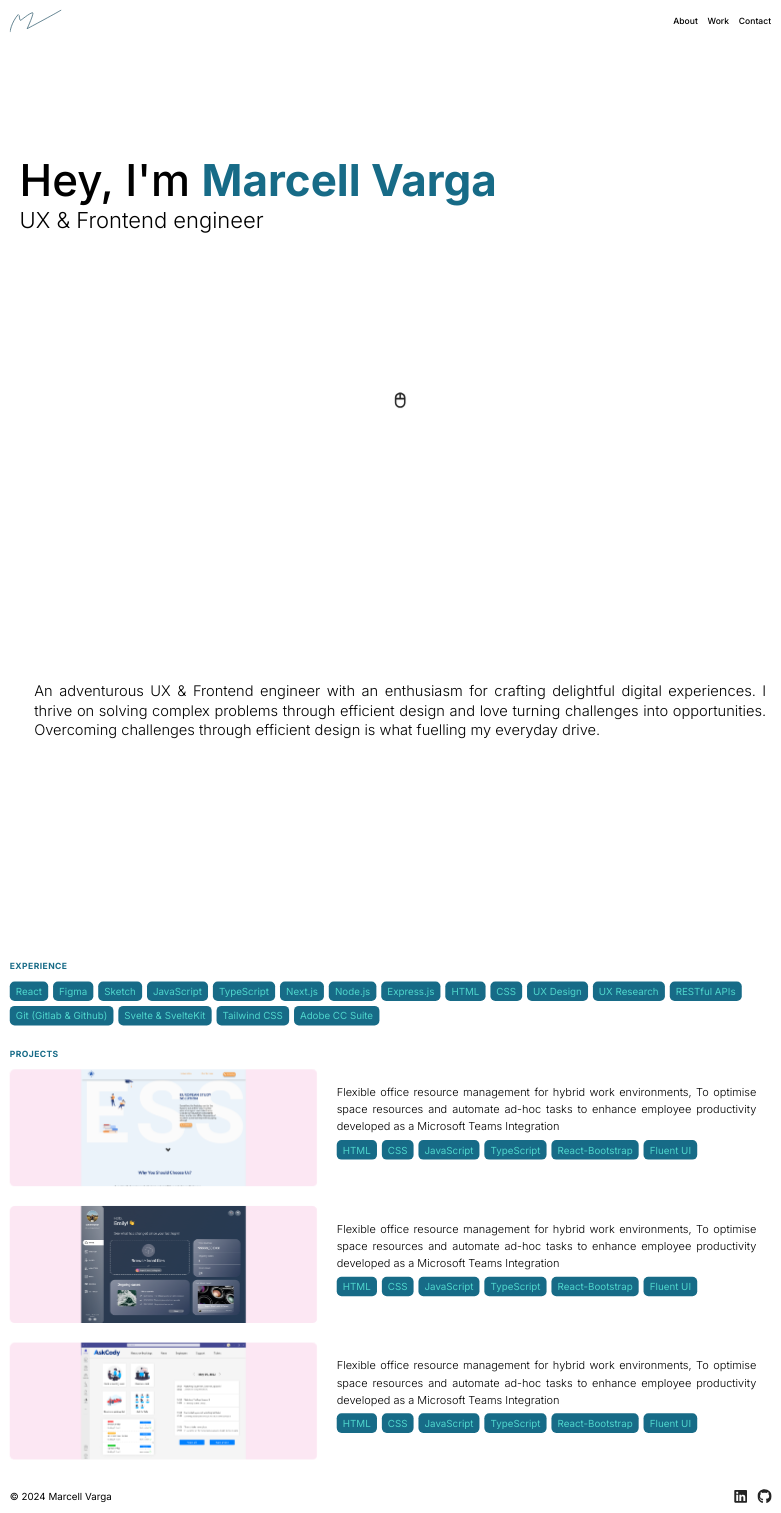
Repository: TheMarcellVarga/personal-portfolio-v.2
Page: /
These files come from the project's save history. The page is drawn as it stood at one moment and after the next save; the edit follows.
The browser window is 1280 px wide. The pictures show the whole page, at 61% of full size.
The project was rebuilt for these pictures with package versions that can differ from the ones it lists, and the page was loaded fresh each time. The framework's server and built-in components were replaced by stand-ins that run in the browser. Also part of the build but not shown: next.config.mjs.

Above is the page before, as saved 2024-04-25 01:00:33.

After the next save:
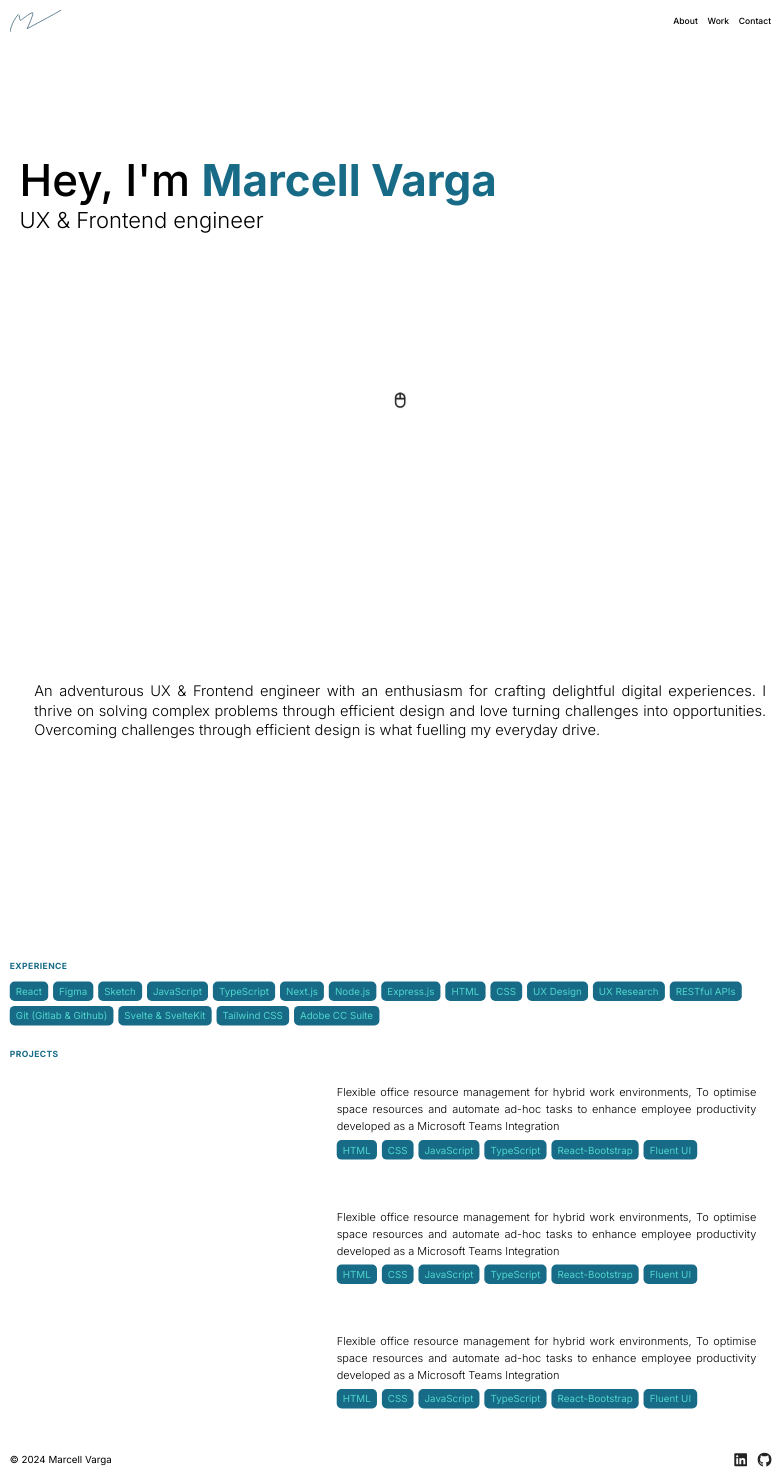
Saved 1 s later.
--- a/app/page.tsx
+++ b/app/page.tsx
@@ -240,7 +240,7 @@
             {projects.map((project) => (
               <div key={project.title} className="flex gap-2">
                 <div className="w-full h-full relative rounded-lg overflow-hidden y-5">
-                  <div className="bg-pink-100 h-48">
+                  <div className="bg-pink-100 h-full">
                     <Image
                       src={project.image} // Use the image path from the project object
                       alt={project.title} // Use the project title as the alt text

After the save that followed:
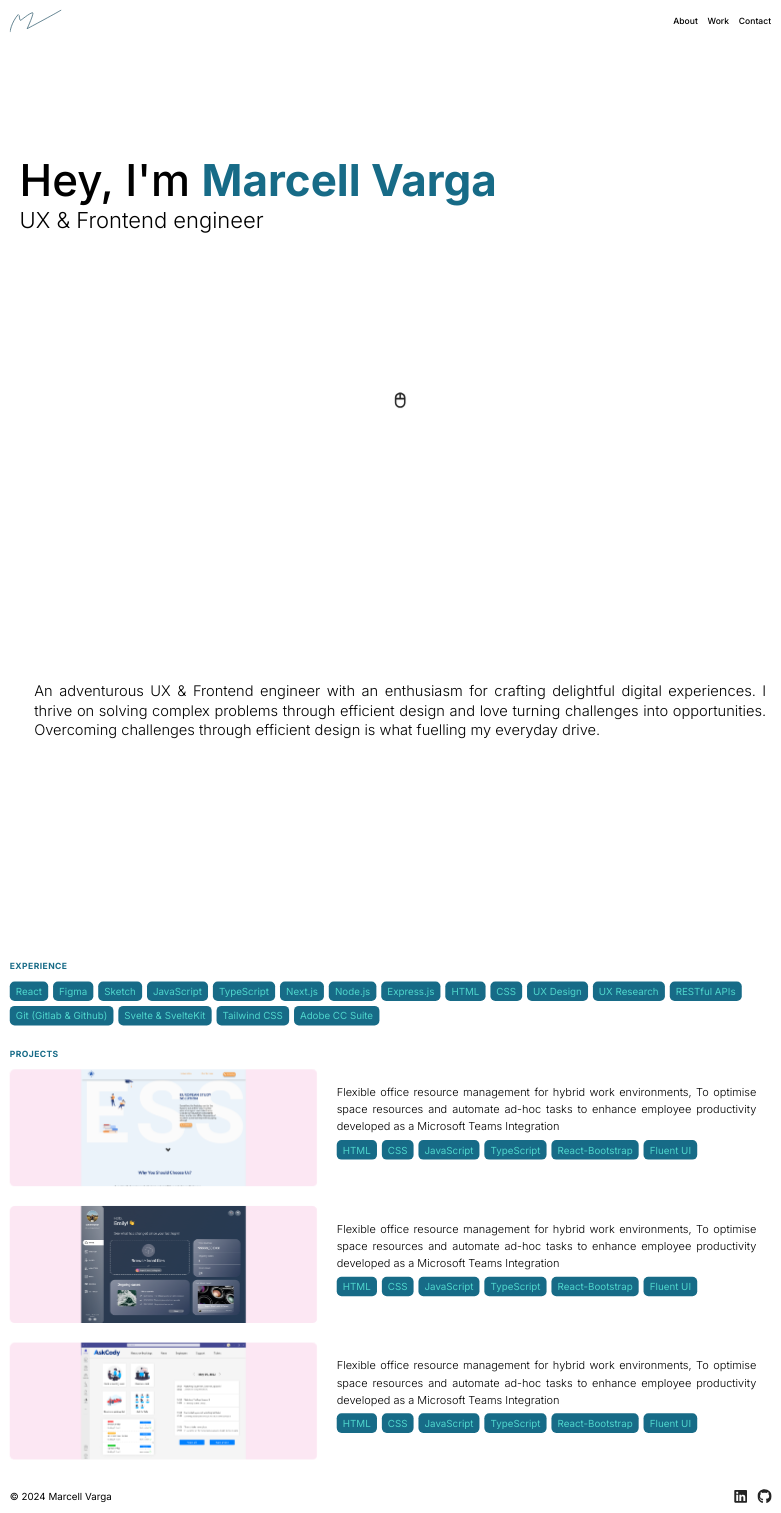
Saved 4 s later.
--- a/app/page.tsx
+++ b/app/page.tsx
@@ -240,7 +240,7 @@
             {projects.map((project) => (
               <div key={project.title} className="flex gap-2">
                 <div className="w-full h-full relative rounded-lg overflow-hidden y-5">
-                  <div className="bg-pink-100 h-full">
+                  <div className="bg-pink-100 h-48">
                     <Image
                       src={project.image} // Use the image path from the project object
                       alt={project.title} // Use the project title as the alt text
